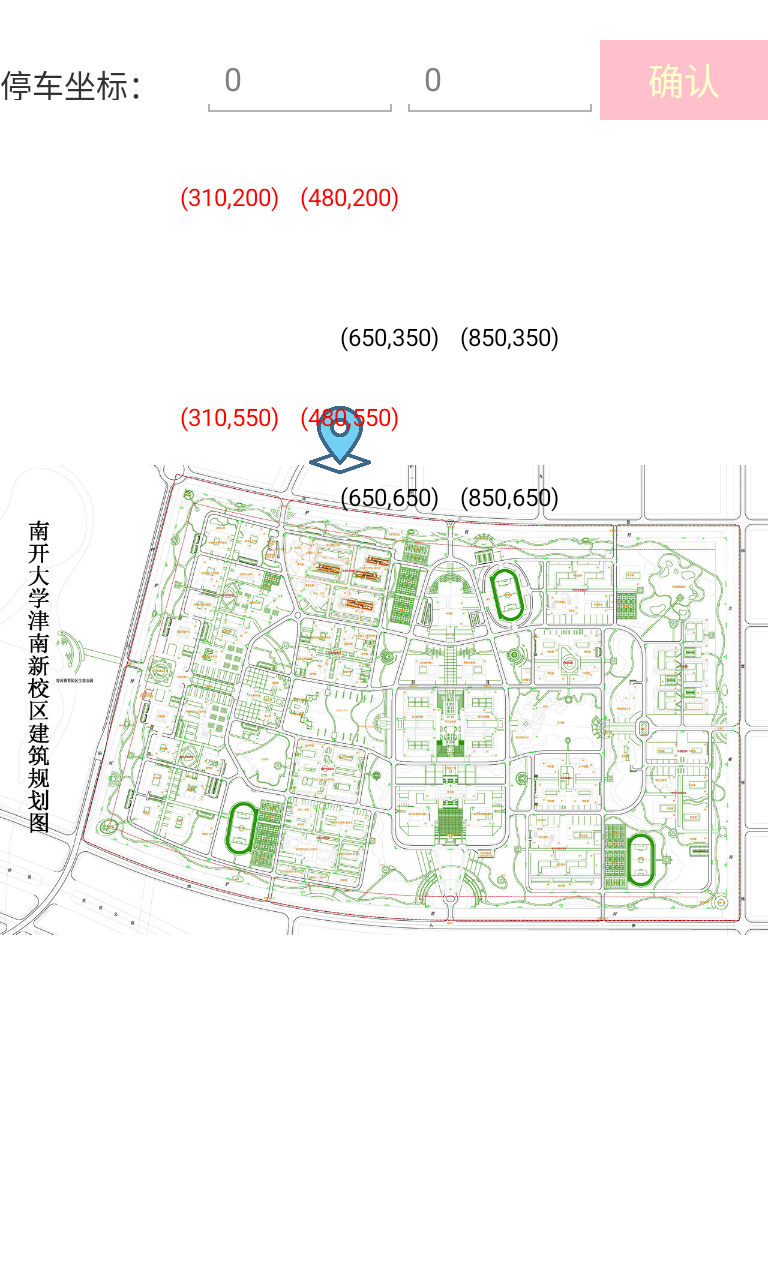
Repository: CovaWang/temporary_embedded
Layout: 7#车联·共享单车/代码/代码/res/layout/compass.xml
These files come from the project's save history. The layout is drawn as it stood at one moment and after the next save; the edit follows.
It is drawn on a 768 x 1280 px phone screen (xhdpi) without system bars, with theme AppTheme; the app's code is not run.

Above is the layout before, as saved 2024-05-08 11:53:18.

After the next save:
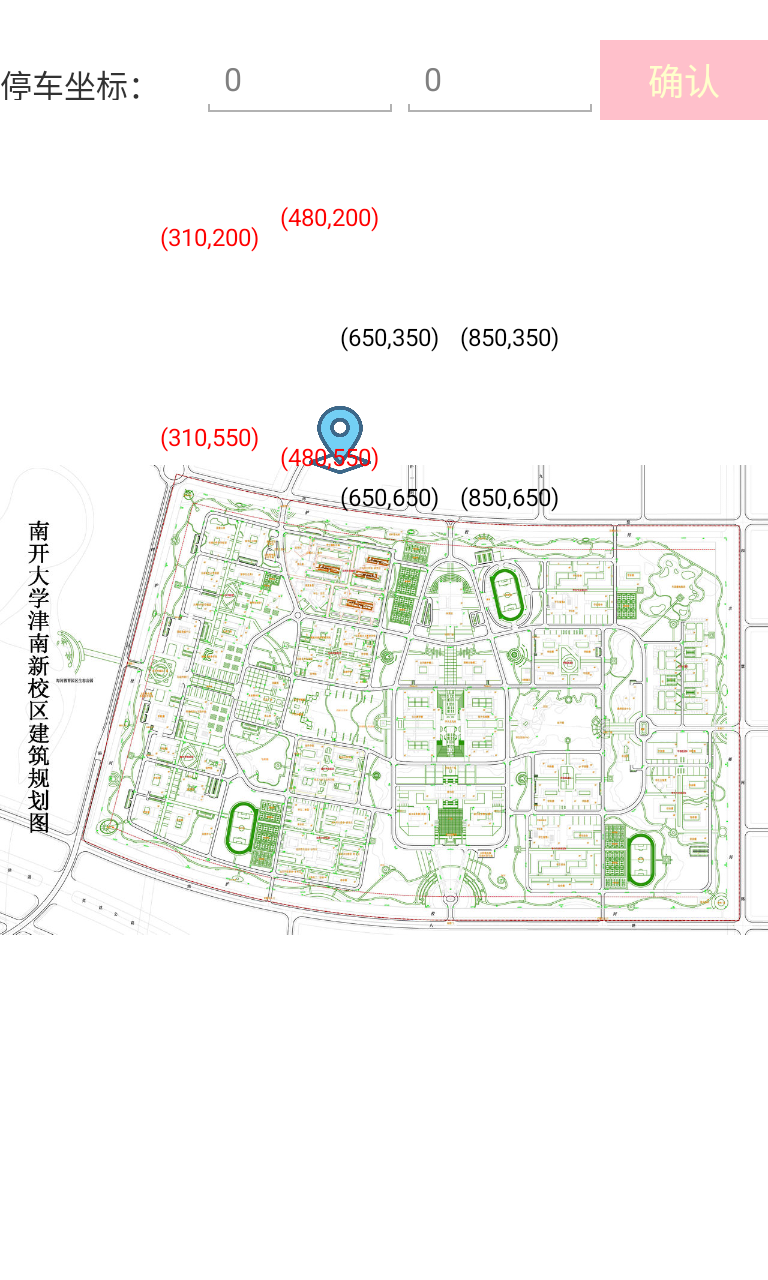
Saved 83 s later.
--- a/7#车联·共享单车/代码/代码/res/layout/compass.xml
+++ b/7#车联·共享单车/代码/代码/res/layout/compass.xml
@@ -113,8 +113,8 @@
          android:layout_width="match_parent"
          android:layout_height="match_parent"
          android:layout_weight="1"
-         android:layout_marginTop='200dp'
-	     android:layout_marginLeft='90dp'
+         android:layout_marginTop='210dp'
+	     android:layout_marginLeft='80dp'
          android:text="(310,550)"
          android:textColor="#FF0000"
          android:textSize="12dp" />
@@ -123,8 +123,8 @@
          android:layout_width="match_parent"
          android:layout_height="match_parent"
          android:layout_weight="1"
-         android:layout_marginTop='200dp'
-	     android:layout_marginLeft='150dp'
+         android:layout_marginTop='220dp'
+	     android:layout_marginLeft='140dp'
          android:text="(480,550)"
          android:textColor="#FF0000"
          android:textSize="12dp" />
@@ -133,8 +133,8 @@
          android:layout_width="match_parent"
          android:layout_height="match_parent"
          android:layout_weight="1"
-         android:layout_marginTop='90dp'
-	     android:layout_marginLeft='150dp'
+         android:layout_marginTop='100dp'
+	     android:layout_marginLeft='140dp'
          android:text="(480,200)"
          android:textColor="#FF0000"
          android:textSize="12dp" />
@@ -143,8 +143,8 @@
          android:layout_width="match_parent"
          android:layout_height="match_parent"
          android:layout_weight="1"
-         android:layout_marginTop='90dp'
-	     android:layout_marginLeft='90dp'
+         android:layout_marginTop='110dp'
+	     android:layout_marginLeft='80dp'
          android:text="(310,200)"
          android:textColor="#FF0000"
          android:textSize="12dp" />
